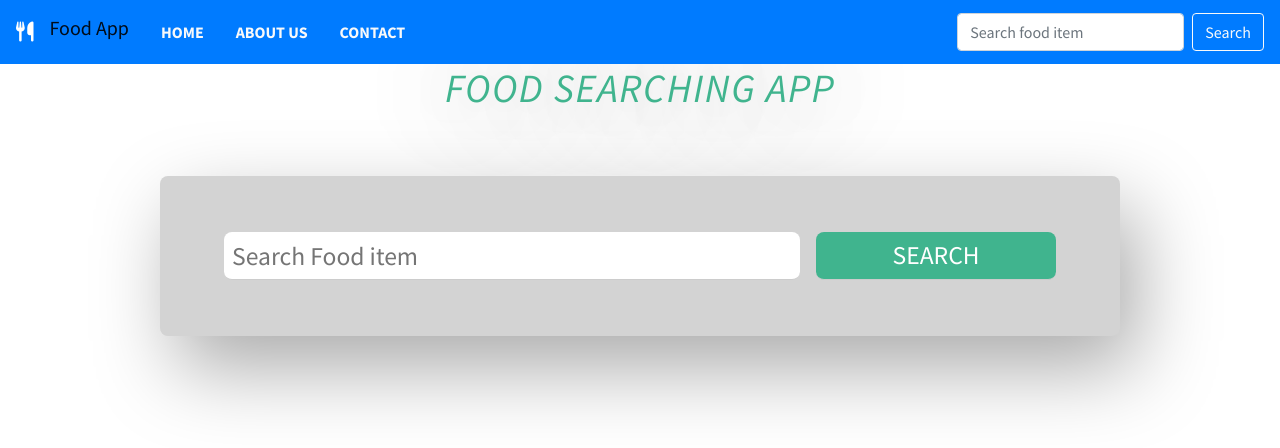
Repository: priyavmehta/React-Food-Recipe-App
Page: /search
The author's editor kept a copy of each file at every save. The page is drawn from the files as they stood at one save, then again after the next save.
The browser window is 1280 px wide. The pictures show the whole page.
Some web libraries are served in a nearby version. The project was rebuilt for these pictures with package versions that can differ from the ones it lists, and the page was loaded fresh each time. Also part of the build but not shown: src/Components/RecipeDetails.js, src/Components/Recipe.js, src/Components/Alert.js.

Above is the page before, as saved 2020-07-11 23:00:04.

### public/index.html
<!DOCTYPE html>
<html lang="en">
  <head>
    <meta charset="utf-8" />
    <link rel="icon" href="%PUBLIC_URL%/favicon.ico" />
    <meta name="viewport" content="width=device-width, initial-scale=1" />
    <meta name="theme-color" content="#000000" />
    <meta
      name="description"
      content="Web site created using create-react-app"
    />
    <link rel="apple-touch-icon" href="%PUBLIC_URL%/logo192.png" />
    <link rel="manifest" href="%PUBLIC_URL%/manifest.json" />

    <script src="https://kit.fontawesome.com/c3f9cf1e2c.js" crossorigin="anonymous"></script>

    <link rel="stylesheet" href="https://stackpath.bootstrapcdn.com/bootstrap/4.3.1/css/bootstrap.min.css" integrity="sha384-ggOyR0iXCbMQv3Xipma34MD+dH/1fQ784/j6cY/iJTQUOhcWr7x9JvoRxT2MZw1T" crossorigin="anonymous">
    <script src="https://code.jquery.com/jquery-3.3.1.slim.min.js" integrity="sha384-q8i/X+965DzO0rT7abK41JStQIAqVgRVzpbzo5smXKp4YfRvH+8abtTE1Pi6jizo" crossorigin="anonymous"></script>
<script src="https://cdnjs.cloudflare.com/ajax/libs/popper.js/1.14.7/umd/popper.min.js" integrity="sha384-UO2eT0CpHqdSJQ6hJty5KVphtPhzWj9WO1clHTMGa3JDZwrnQq4sF86dIHNDz0W1" crossorigin="anonymous"></script>
<script src="https://stackpath.bootstrapcdn.com/bootstrap/4.3.1/js/bootstrap.min.js" integrity="sha384-JjSmVgyd0p3pXB1rRibZUAYoIIy6OrQ6VrjIEaFf/nJGzIxFDsf4x0xIM+B07jRM" crossorigin="anonymous"></script>

    <title>Food App</title>
  </head>
  <body>
    <noscript>You need to enable JavaScript to run this app.</noscript>
    <div id="root"></div>
    <!--
      This HTML file is a template.
      If you open it directly in the browser, you will see an empty page.

      You can add webfonts, meta tags, or analytics to this file.
      The build step will place the bundled scripts into the <body> tag.

      To begin the development, run `npm start` or `yarn start`.
      To create a production bundle, use `npm run build` or `yarn build`.
    -->
  </body>
</html>

### src/App.js
import React, { useState } from 'react';
import './App.css';
import RecipeState from './context/recipe/RecipeState';
import Search from './Components/Search';
import { BrowserRouter as Router, Switch, Route } from 'react-router-dom'
import Navbar from './Components/Navbar';

const App = () => {

  return (
    <RecipeState>
      <Router>
      <Navbar />
        <div className="App">

          <Search/>
        </div>
      </Router>
    </RecipeState>
  );
}

export default App;

### src/App.css
@import url("https://fonts.googleapis.com/css?family=Source+Sans+Pro:300,300i,400,400i,600,600i,700&display=swap");

* {
  font-family: "Source Sans Pro", sans-serif;
  margin: 0;
  padding: 0;
  text-decoration: none;
  list-style-type: none;
  outline: none;
}

.App {
  display: flex;
  flex-direction: column;
  align-items: center;
}

h1 {
  letter-spacing: 0.1rem;
  font-style: italic;
  color: #40b48e;
  text-shadow: 0 0.2rem 5rem rgb(119, 115, 115);
  text-transform: uppercase;
  margin: 4rem 0;
}

.search-form {
  width: 60rem;
  height: 10rem;
  display: flex;
  justify-content: center;
  align-items: center;
  background-color: #d3d3d3;
  border-radius: 0.5rem;
  margin-bottom: 5rem;
  box-shadow: 1rem 2rem 5rem #aaa;
  position: relative;
}

.alert {
  /*position: absolute;*/
  top: -3rem;
  left: 0;
  background-color: rgb(233, 72, 72);
  width: calc(100% - 0.4rem);
  border-radius: 0.5rem;
  padding: 0.2rem;
}

.alert h3 {
  font-size: 1.8rem;
  color: #fff;
  font-weight: 400;
  text-transform: uppercase;
  text-align: center;
}

.search-form input {
  font-size: 1.6rem;
  border: none;
  border-bottom: 0.1rem solid #ccc;
  margin: 0 0.5rem;
  border-radius: 0.5rem;
  height: 3rem;
}

.search-form input[type="text"] {
  padding: 0 0.5rem;
  width: 60%;
  color: #555;
}

.search-form input[type="submit"] {
  width: 25%;
  text-transform: uppercase;
  background-color: #40b48e;
  color: #fff;
}

.recipes {
  width: 90%;
  display: flex;
  align-items: center;
  flex-wrap: wrap;
  justify-content: center;
  align-items: flex-start;
}

.recipe {
  width: 30rem;
  margin: 3rem;
  display: flex;
  flex-direction: column;
  background-color: #d3d3d3;
  padding: 2rem;
  position: relative;
  border-radius: 0.5rem;
  box-shadow: 2rem 3rem 5rem #aaa;
}

.recipe h2 {
  background-color: rgba(161, 161, 161, 0.7);
  border-radius: 0.5rem;
  padding: 0.3rem 0.5rem;
  position: absolute;
  top: 2.5rem;
  left: 2.5rem;
  right: 2.5rem;
  font-size: 2.5rem;
  font-weight: 400;
  text-shadow: 0 0.5rem 0.5rem #555;
  color: #fff;
}

.recipe img {
  border-radius: 0.5rem;
  object-fit: cover;
}

.recipe a {
  font-size: 1.8rem;
  color: #40b48e;
}

/* .recipe button {
  font-size: 2rem;
  text-transform: uppercase;
  color: #fff;
  background-color: #40b48e;
  border: none;
  border-radius: 0.5rem;
  height: 3rem;
} */

.ingredient-list {
  margin-top: 1rem;
  background-color: #f0f0f0;
  border-radius: 0.5rem;
  padding: 0.5rem;
}

.ingredient-list li {
  margin: 0.5rem 0;
}

.ingredient-text {
  font-size: 1.5rem;
  color: #888;
}

.ingredient-weight {
  color: #40b48e;
  font-size: 1.3rem;
}

.fas {
  color: white;
}

.navbar-brand{
  color: white;
}

h3 {
  color: white;
}

### src/context/recipe/RecipeState.js
import React, { useReducer, useState, useEffect } from 'react'
import recipeContext from './recipeContext'
import recipeReducer from './recipeReducer';
import axios from 'axios'
import {SEARCH_RECIPE, SET_ALERT, REMOVE_ALERT, SET_HOME_PAGE} from '../types'

const RecipeState = (props) => {

    const initialState = {

        recipes : [],
        alert : ""
    };

    const home_recipes = []

    const [state, dispatch] = useReducer(recipeReducer, initialState);

    const YOUR_APP_ID = 'a232e31f';
    const YOUR_APP_KEY = 'd3cfbfb089b421a6f5135d309faa2604';

    // useEffect(async () => {
    //     const dosa = await axios.get(`https://api.edamam.com/search?q=dosa&app_id=${YOUR_APP_ID}&app_key=${YOUR_APP_KEY}`)
    //     const dosa_results = dosa.data.hits;
    //     home_recipes.push(dosa_results[5])
    //     home_recipes.push(dosa_results[9])

    //     const data = await axios.get(`https://api.edamam.com/search?q=pav&app_id=${YOUR_APP_ID}&app_key=${YOUR_APP_KEY}`)
    //     const results = data.data.hits;
    //     home_recipes.push(results[0])
    //     home_recipes.push(results[1])

    //     dispatch({type : SET_HOME_PAGE, payload : home_recipes})
    //     console.log("All Done")
    //     console.log(state.recipes)
    // }, [])

    const getData = async (text) => {
        if (text !== ''){
            const url = `https://api.edamam.com/search?q=${text}&app_id=${YOUR_APP_ID}&app_key=${YOUR_APP_KEY}`
            const data = await axios.get(url);
            if (!data.data.more){
                return (
                    dispatch({type : SET_ALERT, payload : "Such a food item is not available.."}),
                    setTimeout (() => dispatch({ type : REMOVE_ALERT }), 5000)
                )
            }
            dispatch({type: SEARCH_RECIPE, payload: data.data.hits})
            console.log(state.recipes)
        } else {
            dispatch ({type : SET_ALERT, payload: "Please enter something"})
            setTimeout (() => dispatch({ type : REMOVE_ALERT }), 5000)
        }

    }

    const getIndian = async () => {

    }

    return <recipeContext.Provider value = {{
            getData,
            recipes: state.recipes,
            alert : state.alert
        }
    }
    >
        {props.children}
    </recipeContext.Provider>
}

export default RecipeState

### src/Components/Search.js
import React, {Fragment, useContext, useState} from 'react'
import recipeContext from '../context/recipe/recipeContext'
import Recipe from './Recipe'
import Alert from './Alert'

const Search = () => {

    const [query, setQuery] = useState("")

    const RecipeContext = useContext(recipeContext)
    const {getData, recipes, alert} = RecipeContext

    const changeQuery = (event) => setQuery(event.target.value)

    const onSubmitQuery = (event) => {
        event.preventDefault()
        getData(query)
        setQuery("")
    }

    return (
        <Fragment>
            <h1 >Food Searching App</h1>
            { alert !== "" && <Alert/>}
            <form className = "search-form" onSubmit = {onSubmitQuery}>
                <input type="text" placeholder = "Search Food item" autoComplete = "off" onChange = {changeQuery} value = {query} />
                <input type = "submit" value = "Search" />
            </form>
            <div className = "recipes">
                {
                    recipes !== [] && (
                        recipes.map(recipe => <Recipe recipe = {recipe}/>)
                    )
                }
            </div>
        </Fragment>
    )
}

export default Search

### src/Components/Navbar.js
import React from 'react'
import PropTypes from 'prop-types'
import { Link } from 'react-router-dom'

const Navbar = ({icon, title}) => {

    return (
        <nav className="navbar navbar-expand-md navbar-light bg-primary fixed-top">
            <a className="navbar-brand"><i className="fas fa-utensils"></i>  </a>
            <h3 className="navbar-brand">Food App</h3>
            <button type="button" className="navbar-toggler bg-light" data-toggle="collapse" data-target="#nav">
                <span className="navbar-toggler-icon"></span>
            </button>
             <div className="collapse navbar-collapse justify-content-between" id="nav">
                <ul className="navbar-nav">
                    <li className="nav-item" >
                        <a className="nav-link text-light font-weight-bold px-3" href="#">HOME</a>
                    </li>
                    <li className="nav-item">
                        <a className="nav-link text-light font-weight-bold px-3" href="#">ABOUT US</a>
                    </li>
                    <li className="nav-item">
                        <a className="nav-link text-light font-weight-bold px-3" href="#">CONTACT</a>
                    </li>
                </ul>
                <form class="form-inline">
                    <input class="form-control mr-sm-2" type="search" placeholder="Search food item" aria-label="Search"/>
                    <button class="btn btn-outline-light my-2 my-sm-0" type="submit">Search</button>
                </form>

            </div>

        </nav>
    )
}

Navbar.defaultProps = {
    title : "Food App",
    icon : "fab fa-github"
};

Navbar.propTypes = {
    title : PropTypes.string.isRequired,
    icon : PropTypes.string.isRequired
};

export default Navbar

### src/context/recipe/recipeContext.js
import { createContext } from 'react'

const recipeContext = createContext()

export default recipeContext

### src/context/recipe/recipeReducer.js
import {SEARCH_RECIPE, SET_ALERT, REMOVE_ALERT, SET_HOME_PAGE} from '../types'

export default (state, action) => {
    switch(action.type){
        case SET_HOME_PAGE:
            return{
                ...state,
                recipes : action.payload
            }
        case REMOVE_ALERT:
            return{
                ...state,
                alert: ""
            }
        case SET_ALERT:
            return{
                ...state,
                alert: action.payload
            }
        case SEARCH_RECIPE:
            return {
                ...state,
                recipes : action.payload,
                alert: ""
            }
        default:
            return state
    }
}

### src/context/types.js
export const SEARCH_RECIPE = "SEARCH_RECIPE";
export const CHANGE_QUERY = "CHANGE_QUERY";
export const SET_ALERT = "SET_ALERT";
export const REMOVE_ALERT = "REMOVE_ALERT";
export const SET_HOME_PAGE = "SET_HOME_PAGE";

Loaded but not shown: src/index.js (common file); src/index.css (common file); src/serviceWorker.js (common file)

After the next save:
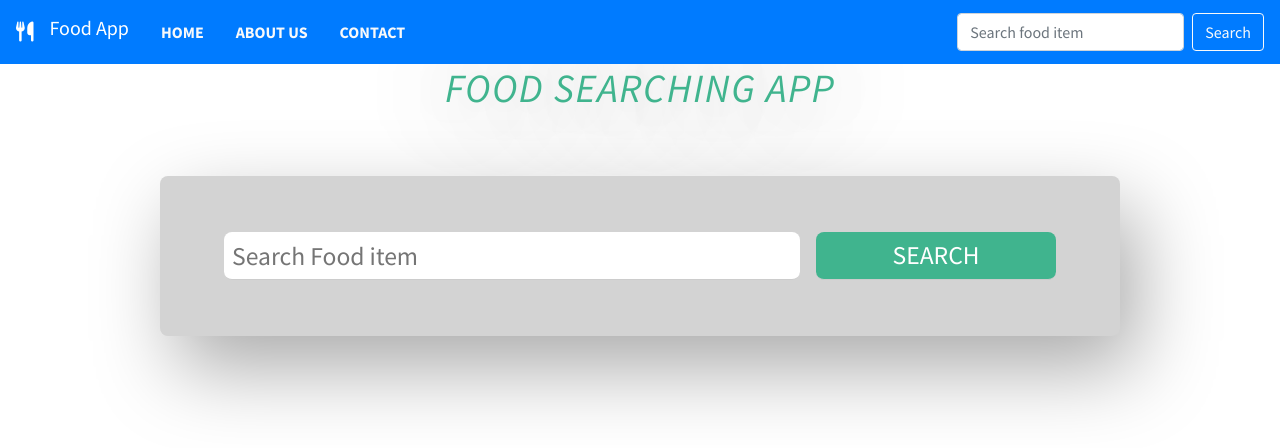
Saved 35 s later.
--- a/src/Components/Navbar.js
+++ b/src/Components/Navbar.js
@@ -5,7 +5,7 @@ import { Link } from 'react-router-dom'
 const Navbar = ({icon, title}) => {
 
     return (
-        <nav className="navbar navbar-expand-md navbar-light bg-primary fixed-top">
+        <nav className="navbar navbar-expand-md navbar-dark bg-primary fixed-top">
             <a className="navbar-brand"><i className="fas fa-utensils"></i>  </a>
             <h3 className="navbar-brand">Food App</h3>
             <button type="button" className="navbar-toggler bg-light" data-toggle="collapse" data-target="#nav">
